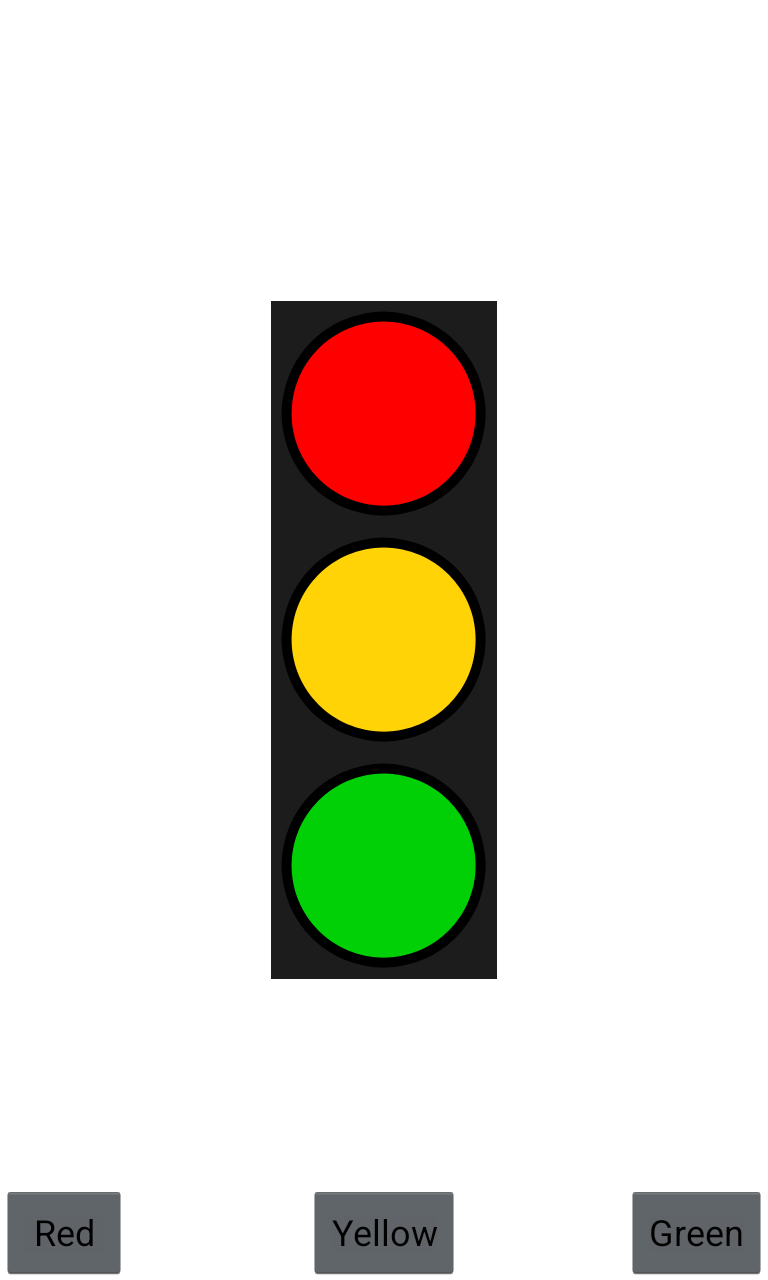
Repository: dalieu/UdemyAndroidDev
Layout: Traffic Lights/res/layout/traffic_lights.xml
An editor plug-in stored every save of this project. The layout is shown before and after the next save, followed by the edit.
It is drawn on a 768 x 1280 px phone screen (xhdpi) without system bars, with theme android:Theme.Holo; the app's code is not run.

Above is the layout before, as saved 2014-09-09 07:18:05.

### Traffic Lights/res/layout/traffic_lights.xml
<RelativeLayout xmlns:android="http://schemas.android.com/apk/res/android"
    xmlns:tools="http://schemas.android.com/tools"
    android:layout_width="match_parent"
    android:layout_height="match_parent"
    android:background="@android:color/white" >

    <ImageView
        android:id="@+id/yellow_light"
        android:layout_width="wrap_content"
        android:layout_height="wrap_content"
        android:layout_centerHorizontal="true"
        android:layout_centerVertical="true"
        android:src="@drawable/yellow_on" />

    <ImageView
        android:id="@+id/red_light"
        android:layout_width="wrap_content"
        android:layout_height="wrap_content"
        android:layout_above="@+id/yellow_light"
        android:layout_alignLeft="@+id/yellow_light"
        android:src="@drawable/red_on" />

    <ImageView
        android:id="@+id/green_light"
        android:layout_width="wrap_content"
        android:layout_height="wrap_content"
        android:layout_below="@+id/yellow_light"
        android:layout_centerHorizontal="true"
        android:src="@drawable/green_on" />

    <Button
        android:id="@+id/red_button"
        android:layout_width="wrap_content"
        android:layout_height="wrap_content"
        android:layout_alignParentBottom="true"
        android:layout_alignParentLeft="true"
        android:text="Red"
        android:textColor="#ff000000" />

    <Button
        android:id="@+id/yellow_button"
        android:layout_width="wrap_content"
        android:layout_height="wrap_content"
        android:layout_alignParentBottom="true"
        android:layout_centerHorizontal="true"
        android:text="Yellow"
        android:textColor="#ff000000" />

    <Button
        android:id="@+id/green_button"
        android:layout_width="wrap_content"
        android:layout_height="wrap_content"
        android:layout_alignParentBottom="true"
        android:layout_alignParentRight="true"
        android:text="Green"
        android:textColor="#ff000000" />

</RelativeLayout>

After the next save:
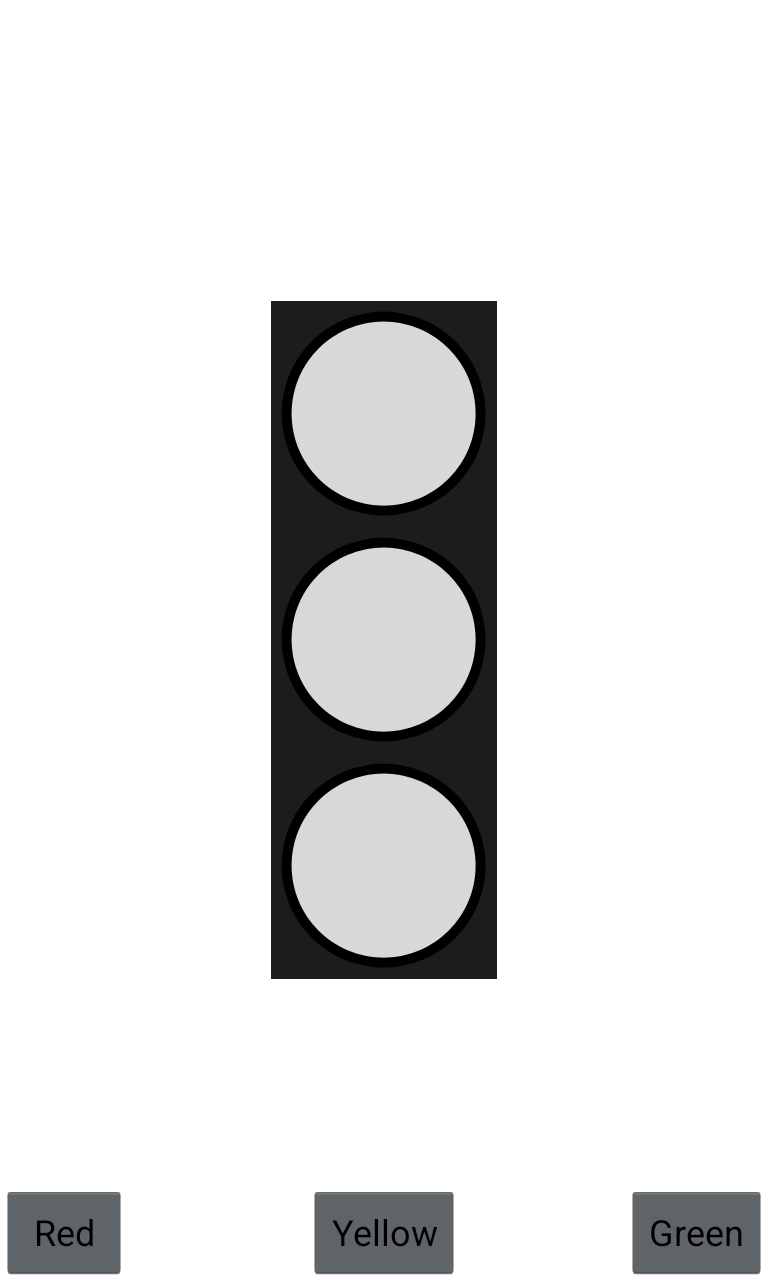
Saved 19 h 45 min later.
--- a/Traffic Lights/res/layout/traffic_lights.xml
+++ b/Traffic Lights/res/layout/traffic_lights.xml
@@ -10,7 +10,7 @@
         android:layout_height="wrap_content"
         android:layout_centerHorizontal="true"
         android:layout_centerVertical="true"
-        android:src="@drawable/yellow_on" />
+        android:src="@drawable/light_off" />
 
     <ImageView
         android:id="@+id/red_light"
@@ -18,7 +18,7 @@
         android:layout_height="wrap_content"
         android:layout_above="@+id/yellow_light"
         android:layout_alignLeft="@+id/yellow_light"
-        android:src="@drawable/red_on" />
+        android:src="@drawable/light_off" />
 
     <ImageView
         android:id="@+id/green_light"
@@ -26,7 +26,7 @@
         android:layout_height="wrap_content"
         android:layout_below="@+id/yellow_light"
         android:layout_centerHorizontal="true"
-        android:src="@drawable/green_on" />
+        android:src="@drawable/light_off" />
 
     <Button
         android:id="@+id/red_button"
